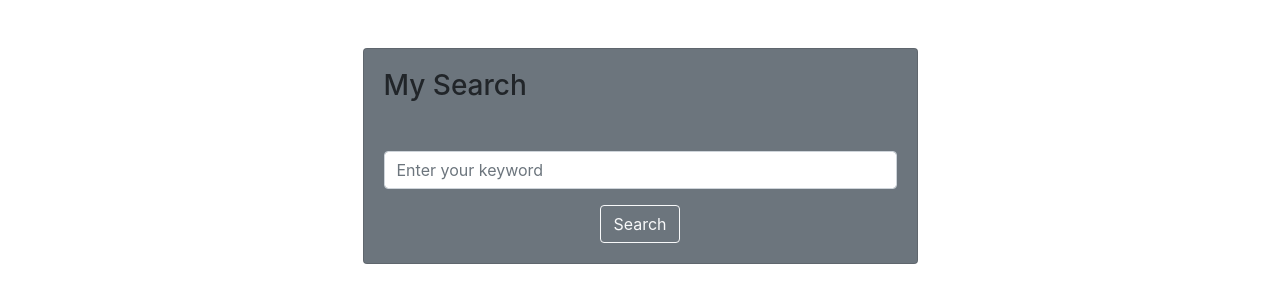
Repository: GovindParve/spring_mvc_maven_search_project
Page: http://localhost/springmvcsearch/home
An editor plug-in stored every save of this project. The page is shown before and after the next save, followed by the edit.
The browser window is 1280 px wide. The pictures show the whole page.
Some web libraries are served in a nearby version. The page is served by Tomcat 9.

Above is the page before, as saved 2023-06-17 18:26:06.

After the next save:
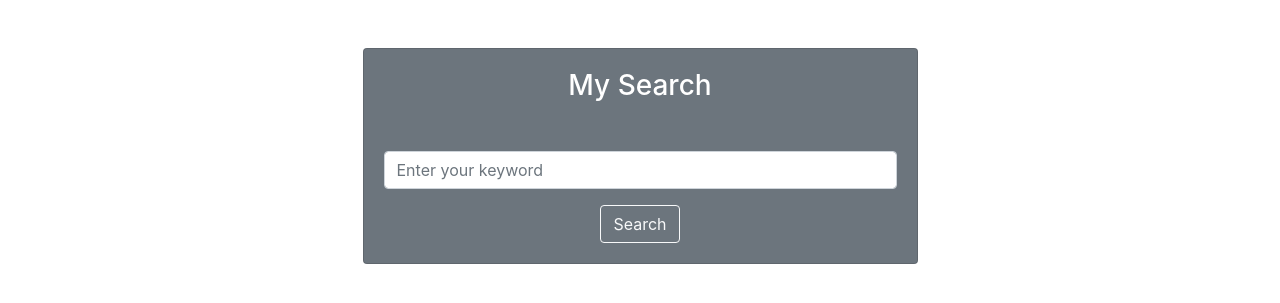
Saved 52 s later.
--- a/springmvcsearch/src/main/webapp/WEB-INF/views/home.jsp
+++ b/springmvcsearch/src/main/webapp/WEB-INF/views/home.jsp
@@ -15,7 +15,7 @@
     	<div class="card mx-auto mt-5 bg-secondary" style="width: 50%">
     		<div class="card-body">
 
-    			<h3>My Search</h3>
+    			<h3 class="text-center text-white">My Search</h3>
 
     			<form action="" class="mt-5">
     				<div class="form-group">
